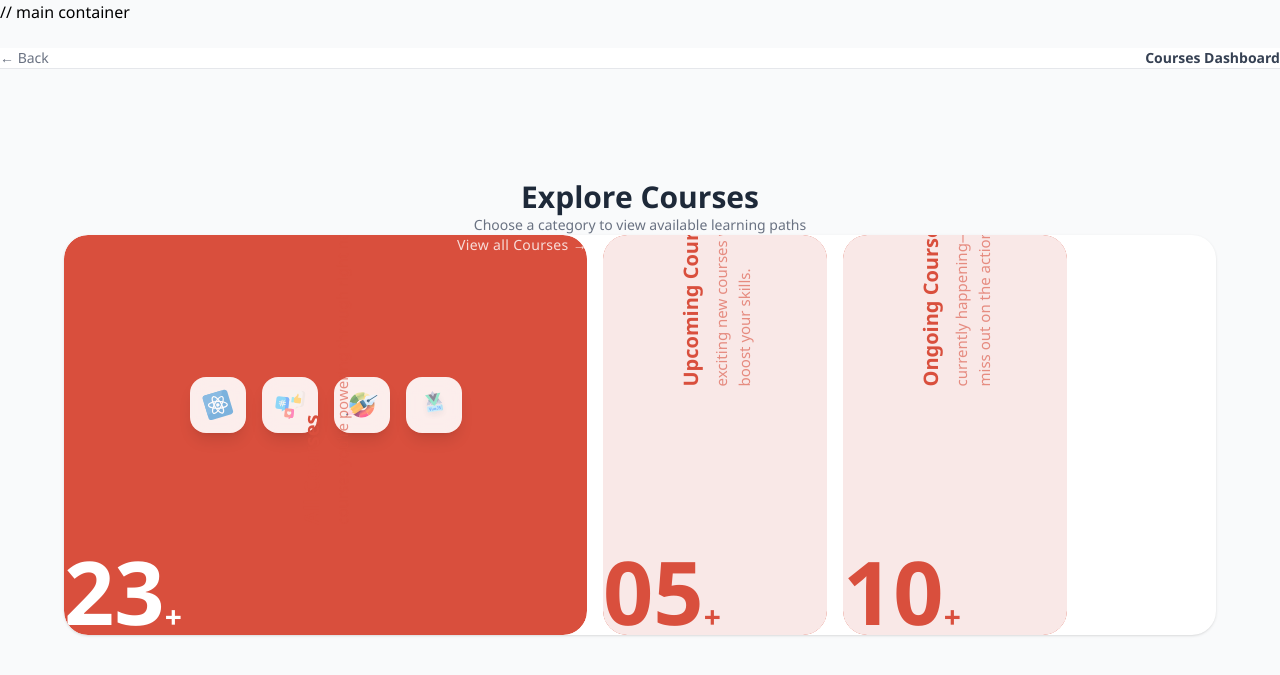
Repository: RahulRajKhadka/nextjs-dashboard-app
Page: /task2
The author's editor kept a copy of each file at every save. The page is drawn from the files as they stood at one save, then again after the next save.
The browser window is 1280 px wide. The pictures show the whole page.
The project was rebuilt for these pictures with package versions that can differ from the ones it lists, and the page was loaded fresh each time. The framework's server and built-in components were replaced by stand-ins that run in the browser. Also part of the build but not shown: next.config.ts.

Above is the page before, as saved 2026-04-11 11:56:41.

After the next save:
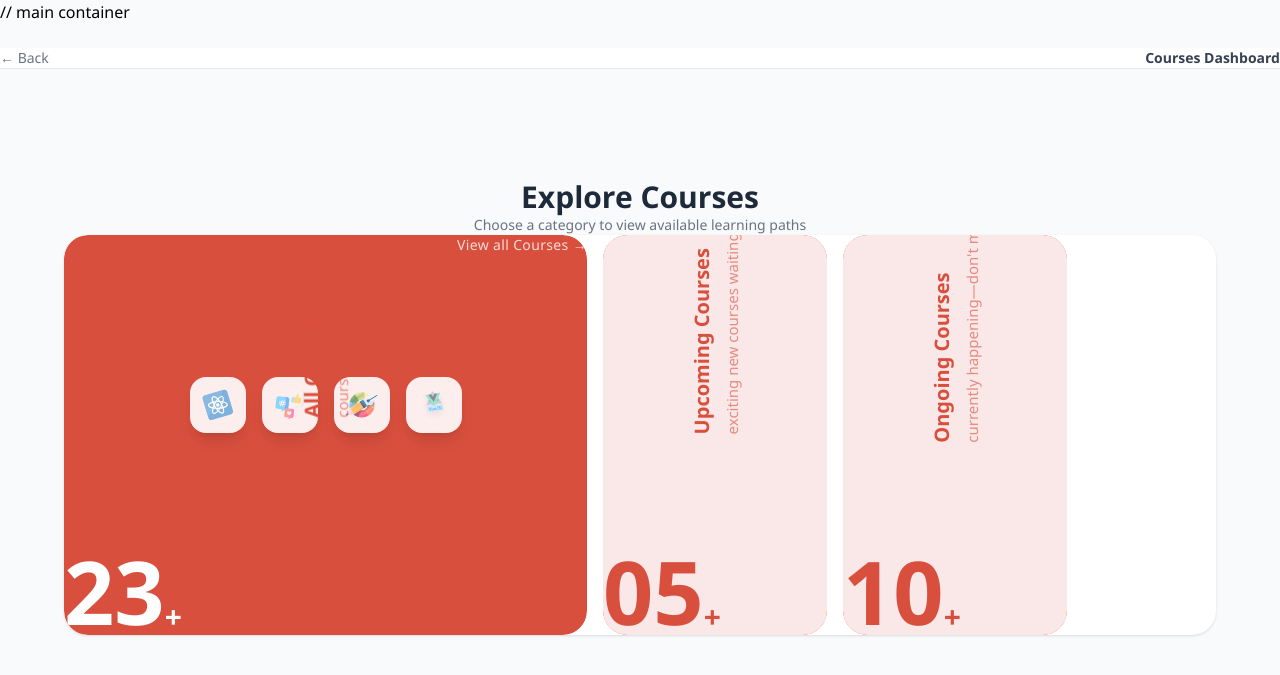
Saved 82 s later.
--- a/src/components/task2/CourseCard.tsx
+++ b/src/components/task2/CourseCard.tsx
@@ -106,28 +106,30 @@ export default function CourseCard({
         style={{ backgroundColor: course.bg, clipPath: "circle(150% at 0% 100%)" }}
       />
 
-   <div className="absolute inset-0 z-[3] flex flex-col justify-between  pointer-events-none py-6">
-
-  {/* Label - sits at top */}
+{/* Label - absolute top */}
+<div className="absolute top-0 left-0 right-0 z-[3] flex justify-center pt-6 pointer-events-none">
   <div
     ref={collapsedLabelRef}
     className="flex flex-col gap-1"
     style={{ transform: "rotate(-90deg)", color: course.textColor }}
   >
-    <span className="font-bold text-[20px] ">{course.label}</span>
-    <p className="text-[15px] opacity-60 ">{course.sublabel}</p>
+    <span className="font-bold text-[20px] whitespace-nowrap">{course.label}</span>
+    <p className="text-[15px] opacity-60 whitespace-nowrap">{course.sublabel}</p>
   </div>
+</div>
 
-  {/* Number - sits at bottom */}
-  <div ref={numberRef} style={{ color: course.textColor }}>
-    <div className="flex items-end">
-      <span className="font-black leading-none" style={{ fontSize: "clamp(3.5rem,7vw,5.5rem)" }}>
-        {String(course.count).padStart(2, "0")}
-      </span>
-      <span className="font-black text-3xl mb-2 ml-1">+</span>
-    </div>
+{/* Number - absolute bottom */}
+<div
+  ref={numberRef}
+  className="absolute bottom-0 left-0 z-[3] pb-6 pl-6 pointer-events-none"
+  style={{ color: course.textColor }}
+>
+  <div className="flex items-end">
+    <span className="font-black leading-none" style={{ fontSize: "clamp(3.5rem,7vw,5.5rem)" }}>
+      {String(course.count).padStart(2, "0")}
+    </span>
+    <span className="font-black text-3xl mb-2 ml-1">+</span>
   </div>
-
 </div>
 
       {/* EXPANDED VIEW – unchanged */}
